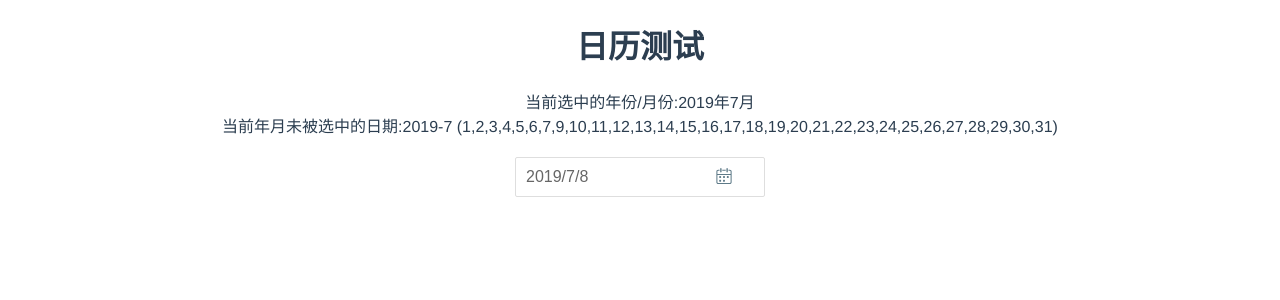
Repository: nyy-2017/vue-calendar
Page: /
These files come from the project's save history. The page is drawn as it stood at one moment and after the next save; the edit follows.
The browser window is 1280 px wide. The pictures show the whole page.
The project was rebuilt for these pictures with package versions that can differ from the ones it lists, and the page was loaded fresh each time. Also part of the build but not shown: src/components/calendar/calendar.js, src/components/calendar/calendar.vue.

Above is the page before, as saved 2019-07-09 13:55:24.

### index.html
<!DOCTYPE html>
<html>
  <head>
    <meta charset="utf-8">
    <meta name="viewport" content="width=device-width,initial-scale=1.0">
    <title>test1</title>
  </head>
  <body>
    <div id="app"></div>
    <!-- built files will be auto injected -->
  </body>
</html>

### src/components/HelloWorld.vue
<template>
  <div class="hello">
     <h1>日历测试</h1>
     <div>当前选中的年份/月份:{{curYearMonths}}</div>
     <div>当前年月未被选中的日期:{{unSelectDays}}</div>
      <input type="text" @click="openMultiByDrop($event)" v-model="calendar5.display" >
      <transition name="fade">
        <div class="calendar-dropdown" :style="{'left':calendar5.left+'px','top':calendar5.top+'px'}" v-if="calendar5.show">
            <calendar
                :zero="calendar5.zero"
                :disabled="calendar5.disabled"
                :lunar="calendar5.lunar"
                :value="calendar5.value"
                :multi="calendar5.multi"
                @currentYearMon="calendar5.currentYearMon"
                @select="calendar5.select"></calendar>
        </div>
      </transition>
  </div>
</template>

<script>
import calendar from '@/components/calendar/calendar.vue'

export default {
    name: 'app',
    components: {
        calendar
    },
    data(){
        return {
            unSelectDays: '',
            curYearMonths:'',
            // 多选
            calendar5:{
                display:"2019/7/8,2019/7/9",
                multi:true,
                show:false,
                zero:true,
                value:[[2019,7,8],[2019,7,9]], //默认日期
                disabled:[[2017,12,24],[2017,12,25]], //默认日期
                lunar:true, //显示农历
                select:(value)=>{

                    let displayValue=[]
                    value.forEach(v=>{
                        displayValue.push(v[0]+"/"+(v[1])+"/"+v[2])
                    })
                    console.log(displayValue);
                    this.calendar5.display=displayValue.join(",");
                    // this.calendar5.show=false;
                    this.calendar5.value=value;

                },
                currentYearMon:(year,mon)=> {

                    let currSelectDays = this.calendar5.value.filter(v => {
                        return year===v[0]&&mon===v[1]
                    })
                    this.chooseReverse(year, mon, currSelectDays)

                }
            },
        }
    },
    methods:{
        openMultiByDrop(e){
            this.calendar5.show=true;
            this.calendar5.left=e.target.offsetLeft;
            this.calendar5.top=e.target.offsetTop+50;
            e.stopPropagation();
            window.setTimeout(()=>{
                document.addEventListener("click",(e)=>{
                    this.calendar5.show=false;
                    document.removeEventListener("click",()=>{},false);
                },false);
            },1000)
        },
        //当月反选
        chooseReverse(year, mon, currSelectDays){
            // 获取当前月天数
            let daysCount = new Date(year, mon, 0).getDate()
            var fullMonth = [];
            for(var i= 1; i <= daysCount; i++) {
                let _date = [year, mon, i]
                fullMonth.push(_date)
            }

            // 从当前月去掉当前选中状态的日期
            let reverse = []
            let _fullMonth = []

            fullMonth.map(v =>  _fullMonth.push(v[2]))
            currSelectDays.map(v => {
                _fullMonth.map(full => {
                    if (v[2] === full) {
                       let index = _fullMonth.indexOf(v[2])
                       _fullMonth.splice(index, 1)
                    }
                })
            })
            _fullMonth.map(v => reverse.push([year, mon, v]) )
            if (reverse.length == 0){
                this.unSelectDays= '当月全部都被选中'
            } else {
                let unSelect = [];
                reverse.map(v => unSelect.push(v[2]))
                // 当前年月未被选中日期
                this.unSelectDays = + reverse[0][0] + '-' + reverse[0][1]+' (' + unSelect.join(',') + ')';
                //当前年月
                this.curYearMonths = reverse[0][0] + '年' + reverse[0][1] + '月';
                console.log(' this.unSelectDays', this.unSelectDays)
            }

        }

    },
    created() {
        let year = new Date().getFullYear()
        let mon = new Date().getMonth() + 1
        let day = new Date().getDate()
        this.calendar5.value = [[year, mon, day]]
        this.calendar5.display = + year + '/' + mon + '/' + day
        this.calendar5.currentYearMon(year, mon, this.calendar5.value)
    }

}
</script>

<style>
input{
    box-sizing: border-box;
    width:100%;
    width: 250px;
    margin-top:20px;
    border-radius: 2px;
    border:1px solid #dedede;
    padding:10px;
    font-size: 16px;
    background:url(data:[embedded picture, 3866 characters]) no-repeat 200px 10px;
    /* padding-left: 36px; */
    color:#666;
}

/*transition*/
.fade-enter-active,
.fade-leave-active {
    transition: all .5s ease-in-out;
}
.fade-enter,.fade-leave-active{
    opacity: 0;
    transform: translateY(-10px);

}

/*下拉框*/
.calendar-dropdown{
    background: #fff;
    position: absolute;
    left:0;
    top:0;
    padding:20px;
    border: 1px solid #eee;
    border-radius: 2px;
}
.calendar-dropdown:before {
    position: absolute;
    left:30px;
    top: -10px;
    content: "";
    border:5px solid rgba(0, 0, 0, 0);
    border-bottom-color: #DEDEDE;
}
.calendar-dropdown:after {
    position: absolute;
    left:30px;
    top: -9px;
    content: "";
    border:5px solid rgba(0, 0, 0, 0);
    border-bottom-color: #fff;
}

/*弹出框*/
.calendar-dialog{
    position: absolute;
    left:0;
    top:0;
    right:0;
    bottom:0;
}

.calendar-dialog-mask{
    background:rgba(255,255,255,.5);
    width:100%;
    height:100%;
}

.calendar-dialog-body{
    background: #fff;
    position: absolute;
    left:50%;
    top:50%;
    transform: translate(-50%,-50%);
    padding:20px;
    border: 1px solid #eee;
    border-radius: 2px;
}
</style>

Loaded but not shown: src/main.js (common file); src/App.vue (common file); src/router/index.js (common file)

After the next save:
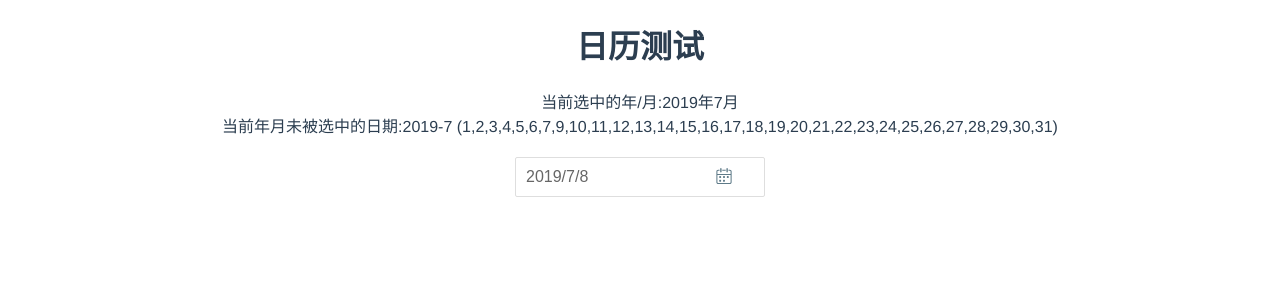
Saved 24 s later.
--- a/src/components/HelloWorld.vue
+++ b/src/components/HelloWorld.vue
@@ -1,7 +1,7 @@
 <template>
   <div class="hello">
      <h1>日历测试</h1>
-     <div>当前选中的年份/月份:{{curYearMonths}}</div>
+     <div>当前选中的年/月:{{curYearMonths}}</div>
      <div>当前年月未被选中的日期:{{unSelectDays}}</div>
       <input type="text" @click="openMultiByDrop($event)" v-model="calendar5.display" >
       <transition name="fade">
